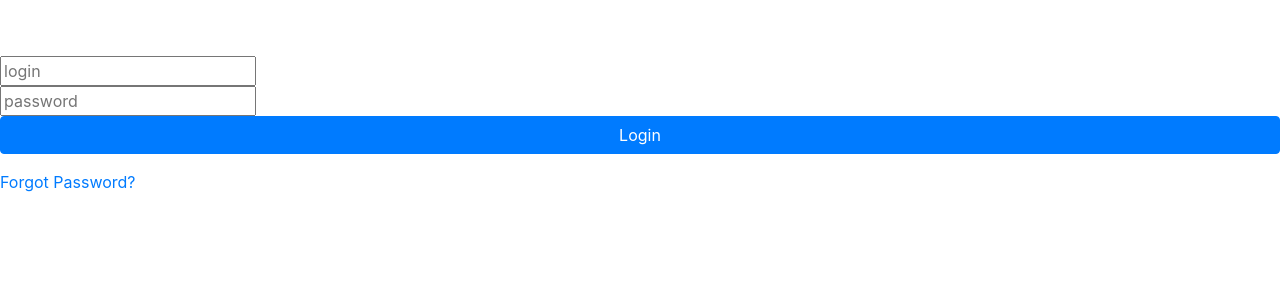
Repository: ethanccastro/social-poem
Page: http://localhost/login
The author's editor kept a record of every edit. The page is drawn from the files as they stood at one moment, then again after the next edit.
The browser window is 1280 px wide. The pictures show the whole page.
Some web libraries are served in a nearby version. The page is served by the project's Node server (app.js).

Above is the page before.
Console error: TypeError: Cannot read properties of undefined (reading 'fn')

### views/login.hbs
<link href="//maxcdn.bootstrapcdn.com/bootstrap/4.0.0/css/bootstrap.min.css" rel="stylesheet" id="bootstrap-css">
<script src="//maxcdn.bootstrapcdn.com/bootstrap/4.0.0/js/bootstrap.min.js"></script>
<script src="//cdnjs.cloudflare.com/ajax/libs/jquery/3.2.1/jquery.min.js"></script>
<!------ Include the above in your HEAD tag ---------->

<div class="wrapper fadeInDown">
  <div id="formContent">
    <!-- Tabs Titles -->

    <!-- Login Form -->
    <form>
      <div class="form-group">
        <input type="text" id="login" class="fadeIn second" name="username" placeholder="login">
      <div class="form-group">
      <input type="text" id="password" class="fadeIn third" name="password" placeholder="password">
      <div class="form-group">
            <button type="submit" id="loginButton" class="btn btn-primary btn-block">Login</button>
        </div>
    </form>

    <!-- Remind Passowrd -->
    <div id="formFooter">
      <a class="underlineHover" href="#">Forgot Password?</a>
    </div>

  </div>
</div>

<script>
	/* global $ */

	$(document).ready(function() {
  	let username = $("#username").val();
  	let password = $("#password").val();
          $('#loginButton').on('click', function(e) {
          	e.preventDefault();
              $.ajax({
                  type: "POST",
                  url: "/login",
                  dataType: "json",
                  contentType: "application/json",
                  data: JSON.stringify({
                      "username": $("#username").val(),
                      "password": $("#password").val(),
                  }),
                  success: function(result, status) {
                      console.log("got login status back", result);
                      if (result.successful) {
                          // window.location.href = '/editUserInfo?user=' + $("#login").val();
                          window.location.href = '/scheduler/dashboard';
                          console.log("username:", username);
                      }
                      else {
                          $('#message').html(result.message);
                          $('#message').show();
                          console.log("username:", username);
                          console.log("password:", password);
                      }
                  },
                  error: function(xhr, status, error) {
                      err = eval("error: (" + xhr.responseText + ")");
                      console.error(err);
                  },
                  complete: function(data, status) { //optional, used for debugging purposes
                      console.log(status);
                  }
              });

  	});
});
</script>

### app.js
var createError = require('http-errors');
var express = require('express');
var path = require('path');
var cookieParser = require('cookie-parser');
var logger = require('morgan');
var session = require('express-session');

var theRouter = require('./routes/router');

var app = express();

// view engine setup
app.set('views', path.join(__dirname, 'views'));
app.set('view engine', 'hbs');

app.use(logger('dev'));
app.use(express.json());
app.use(express.urlencoded({ extended: false }));
app.use(cookieParser());
app.use(express.static(path.join(__dirname, 'public')));

// Enable sessions
app.use(session({
  secret: '6wOBwJBStY'
}));


app.use('/', theRouter);


// catch 404 and forward to error handler
app.use(function(req, res, next) {
  next(createError(404));
});

// error handler
app.use(function(err, req, res, next) {
  // set locals, only providing error in development
  res.locals.message = err.message;
  res.locals.error = req.app.get('env') === 'development' ? err : {};

  // render the error page
  res.status(err.status || 500);
  res.render('error');
});

module.exports = app;

### routes/router.js
var express = require('express');
var router = express.Router();
var bcrypt = require('bcrypt');
var mysql = require('mysql');
let hashPassword;

/* GET home page. */
router.get('/', async function(req, res, next) {
    let rows = await getSubmissions();
    let login = "Login";
    let logLink = "/login";
    console.log(rows);
    if (req.session && req.session.username && req.session.username.length) {
        login = "Logut";
        logLink = "/logout";
    }
    res.render('home', {
        data: rows,
        login: login
    });

});

router.get('/post', async function(req, res, next) {
    let rows = await getSubmissions();
    res.render('blogPost', { data: rows });
});

/* GET submit post page. */
router.get('/submit', function(req, res, next) {
    if (req.session && req.session.username && req.session.username.length) {
        res.render('postText', { title: 'Express' });
    }
    else {
     res.redirect('/login');
 }
});

/* POST submit post page. */
router.post('/submit', async function(req, res, next) {
    let successful = false;
    let userId = await getUserId(req.session.username);
    console.log(userId.user_id);
    let rows = await insertPost(req.body, userId.user_id);
    console.log(userId);
    console.log(rows);

    console.log("successful:", successful);

    res.json({
        successful: successful
    });
});

/* GET login page. */
router.get('/login', function(req, res, next) {
  res.render('login', { title: 'Express' });
});

/* POST login page. */
router.post('/login', async function(req, res, next) {

    let successful = false;
    let rows = await loginUser(req.body);

    if (rows.length > 0) {
        if (bcrypt.compareSync(req.body.password, rows[0].password)) {
            req.session.username = req.body.username;
            successful = true;
            res.redirect('/');
        }
    }

    res.json({
        successful: successful
    });
});

/* POST logout page. */
router.get('/logout', async function(req, res, next) {

    if (req.session && req.session.username && req.session.username.length) {
        delete req.session.username;
        res.redirect("/login");
    }

    res.json({
        successful: true,
        message: 'Logged out'
    });

});

/* GET register page. */
router.get('/register', function(req, res, next) {
    res.render('register');

    if (req.session && req.session.username && req.session.username.length) {
        res.redirect('/');
    }
});

/* POST register page. */
router.post('/register', async function (req, res) {

    let message = "User WAS NOT added to the database!";
    let successful = false;

    let newUser = await registerUser(req.body);

    if (newUser.affectedRows > 0) {
        successful = true;
        res.redirect('/');
    }

    res.json({
        successful: successful,
        message: message
    });

});

/*Inserts user into the database with hashed password*/
function loginUser(body){

   let conn = dbConnection();

    return new Promise(function(resolve, reject){
        conn.connect(function(err) {
           if (err) throw err;
           let sql = `SELECT *
                    FROM user
                    WHERE username = ?
                         `;
           let params = [body.username];

           conn.query(sql, params, function (err, rows, fields) {
              if (err)
                throw err;
              conn.end();
              resolve(rows);
           });

        });
    });
}

/*Inserts user into the database with hashed password*/
function registerUser(body){

   const saltRounds = 10;
   let conn = dbConnection();
   hashPassword = bcrypt.hashSync(body.password, saltRounds);
   console.log("Connected!");

    return new Promise(function(resolve, reject){
        conn.connect(function(err) {
           if (err) throw err;

           let sql = `INSERT INTO user
                      (username, password)
                      VALUES (?,?)`;

           console.log("hashPassword: ", hashPassword);
           let params = [body.username, hashPassword];

           conn.query(sql, params, function (err, rows, fields) {
              if (err) throw err;
              conn.end();
              resolve(rows);
           });

        });
    });
}

/*Inserts post into the database*/
function insertPost(body, userId){

   let conn = dbConnection();
   console.log("Connected!");
      console.log("body", body);

    return new Promise(function(resolve, reject){
        conn.connect(function(err) {
           if (err) throw err;
           let sql = `INSERT INTO post (post_title, post_content, post_category,
           post_date, user_id)
                    VALUES(?,?,?, curdate(), ?)
                         `;
           let params = [body.title, body.contentText, body.category, userId];

           conn.query(sql, params, function (err, rows, fields) {
              if (err)
                throw err;
              conn.end();
              resolve(rows);
           });

        });
    });
}

/*Inserts post into the database*/
function getUserId(username){

   let conn = dbConnection();
   console.log("Connected!");

    return new Promise(function(resolve, reject){
        conn.connect(function(err) {
            if (err) throw err;
            let sql = `SELECT user_id
                       FROM user
                       WHERE username = ?
                         `;

           conn.query(sql, username, function (err, rows, fields) {
              if (err)
                throw err;
              conn.end();
              resolve(rows[0]);
           });

        });
    });
}

function getSubmissions(){

   let conn = dbConnection();
   console.log("Connected!");

    return new Promise(function(resolve, reject){
        conn.connect(function(err) {
            if (err) throw err;
            let sql = `SELECT post.post_title, post.post_category,
            post.post_date, post.post_id, user.username
                       FROM post
                       INNER JOIN user ON post.user_id = user.user_id
                         `;

           conn.query(sql, function (err, rows, fields) {
              if (err)
                throw err;
              conn.end();
              resolve(rows);
           });

        });
    });
}

/*Connects to SQL*/
function dbConnection(){

   let conn = mysql.createConnection({
            host: 'nt71li6axbkq1q6a.cbetxkdyhwsb.us-east-1.rds.amazonaws.com',
            user: 's30tqlvagxveatom',
            password: 'epfgae758k1rgc1n',
            database: 'fczrrr4d6imke5vw'
       }); //createConnection

    return conn;
}

module.exports = router;

### public/stylesheets/style.css
body {
  padding-top: 56px;
}

#sidebar
{
   position:fixed;
   left:100px;
   top:150px;
}

Loaded but not shown: views/layout.hbs (common file)

After the next edit:
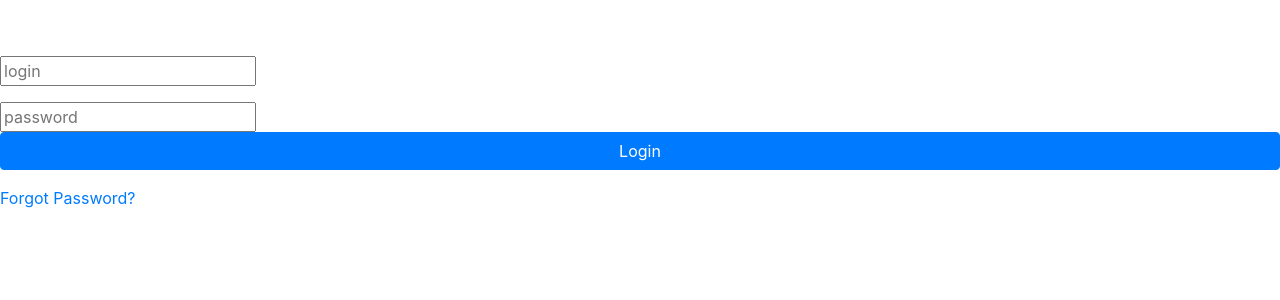
The edit:
--- a/views/login.hbs
+++ b/views/login.hbs
@@ -11,8 +11,9 @@
     <form>
       <div class="form-group">
         <input type="text" id="login" class="fadeIn second" name="username" placeholder="login">
+      </div>
       <div class="form-group">
-      <input type="text" id="password" class="fadeIn third" name="password" placeholder="password">
+        <input type="text" id="password" class="fadeIn third" name="password" placeholder="password">
       <div class="form-group">
             <button type="submit" id="loginButton" class="btn btn-primary btn-block">Login</button>
         </div>
